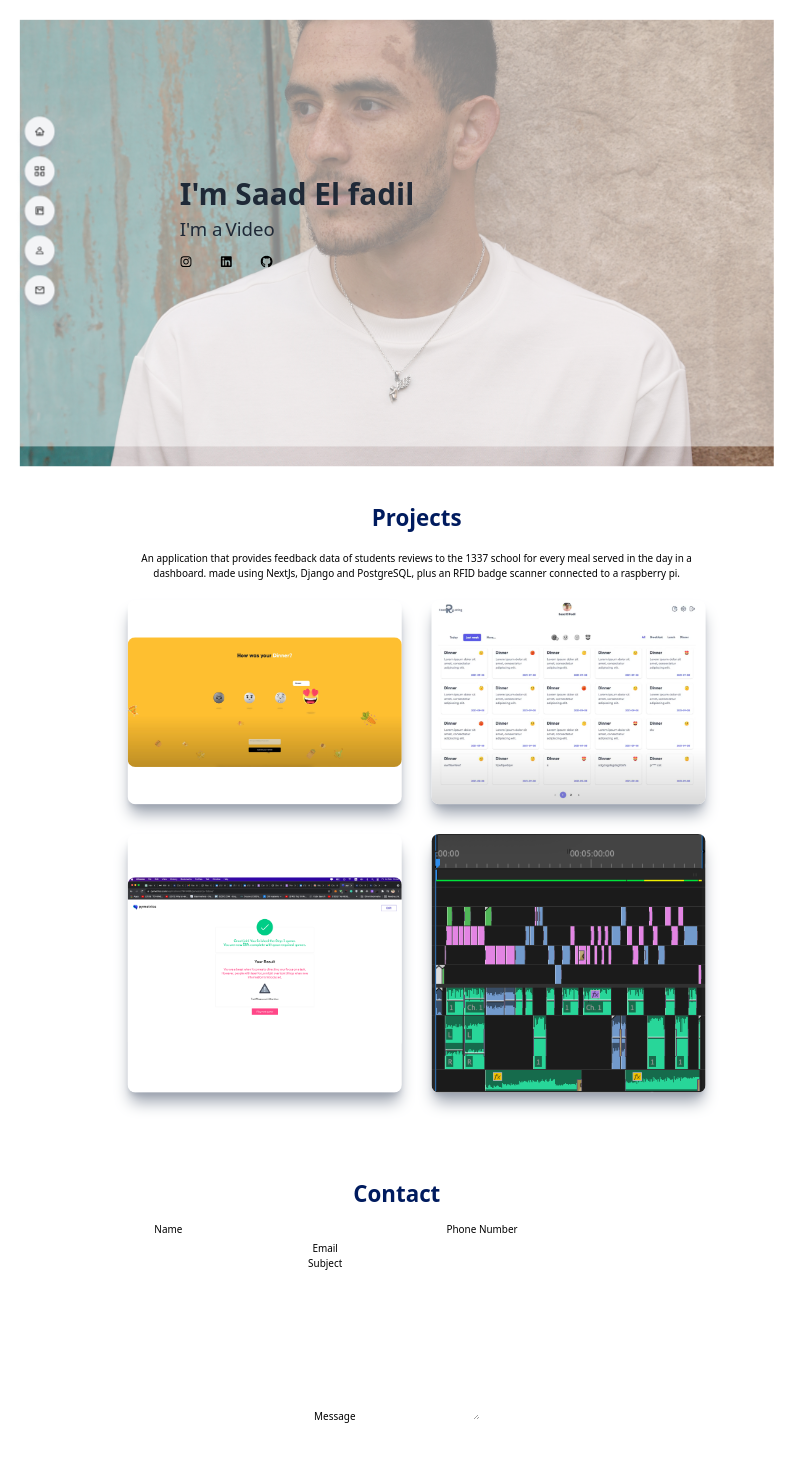
Repository: Saadelfadil/saadelfadil.github.io
Page: /
These files come from the project's save history. The page is drawn as it stood at one moment and after the next save; the edit follows.
The browser window is 1280 px wide. The pictures show the whole page, at 62% of full size.
The project was rebuilt for these pictures with package versions that can differ from the ones it lists, and the page was loaded fresh each time. Also part of the build but not shown: vite.config.js.

Above is the page before, as saved 2023-02-26 18:52:41.

After the next save:
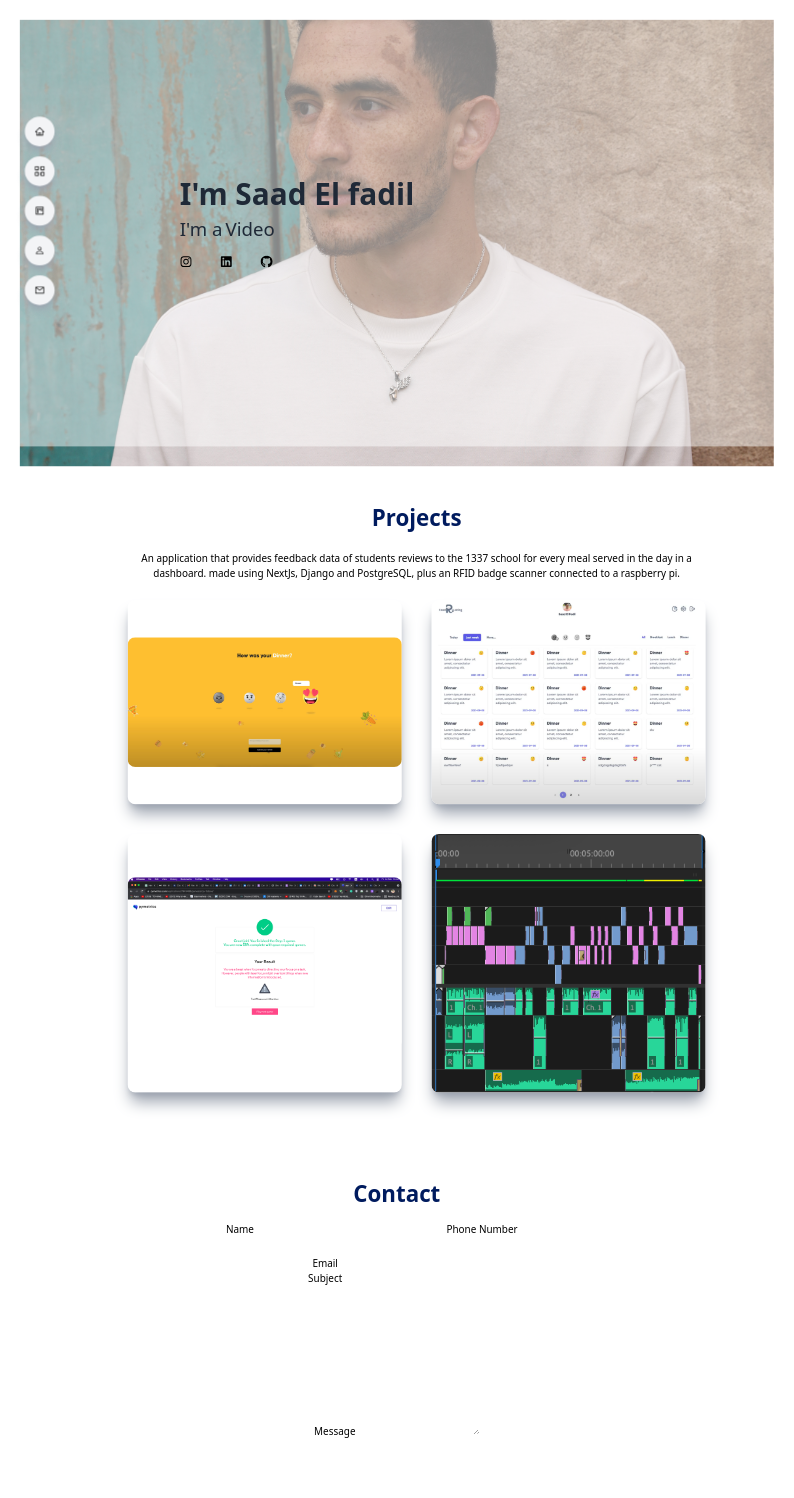
Saved 8 s later.
--- a/src/components/Contact.jsx
+++ b/src/components/Contact.jsx
@@ -8,7 +8,7 @@ const Contact = () => {
         </h1>
         <form action="" method="POST" encType="multipart/form-data" >
             <div className="grid md:grid-cols-2 gap-4 w-full py-2">
-                <div className="">
+                <div className="flex flex-col">
                     <label htmlFor="">Name</label>
                     <input type="text" name="name" />
                 </div>
